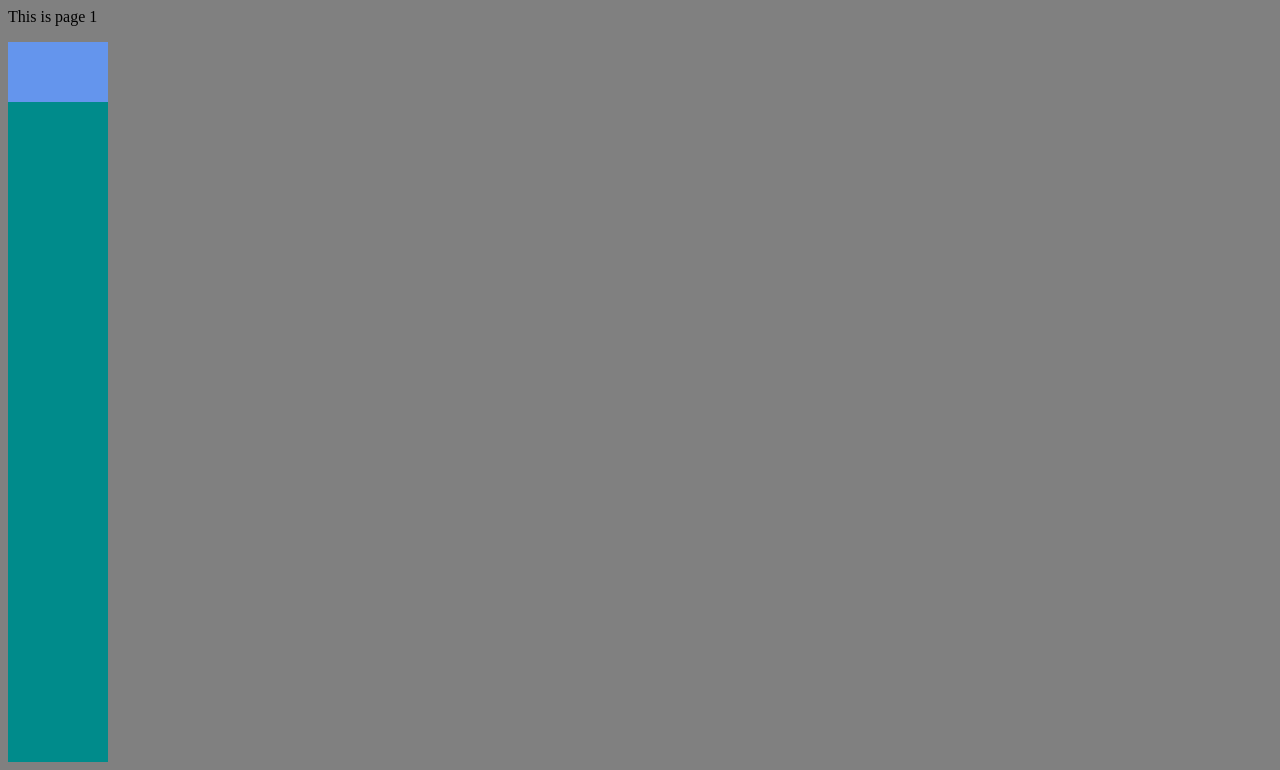
Repository: hanj291/hanj291.github.io
Page: page1.html
The author's editor kept a record of every edit. The page is drawn from the files as they stood at one moment, then again after the next edit.
The browser window is 1280 px wide. The pictures show the whole page.

Above is the page before.

After the next edit:
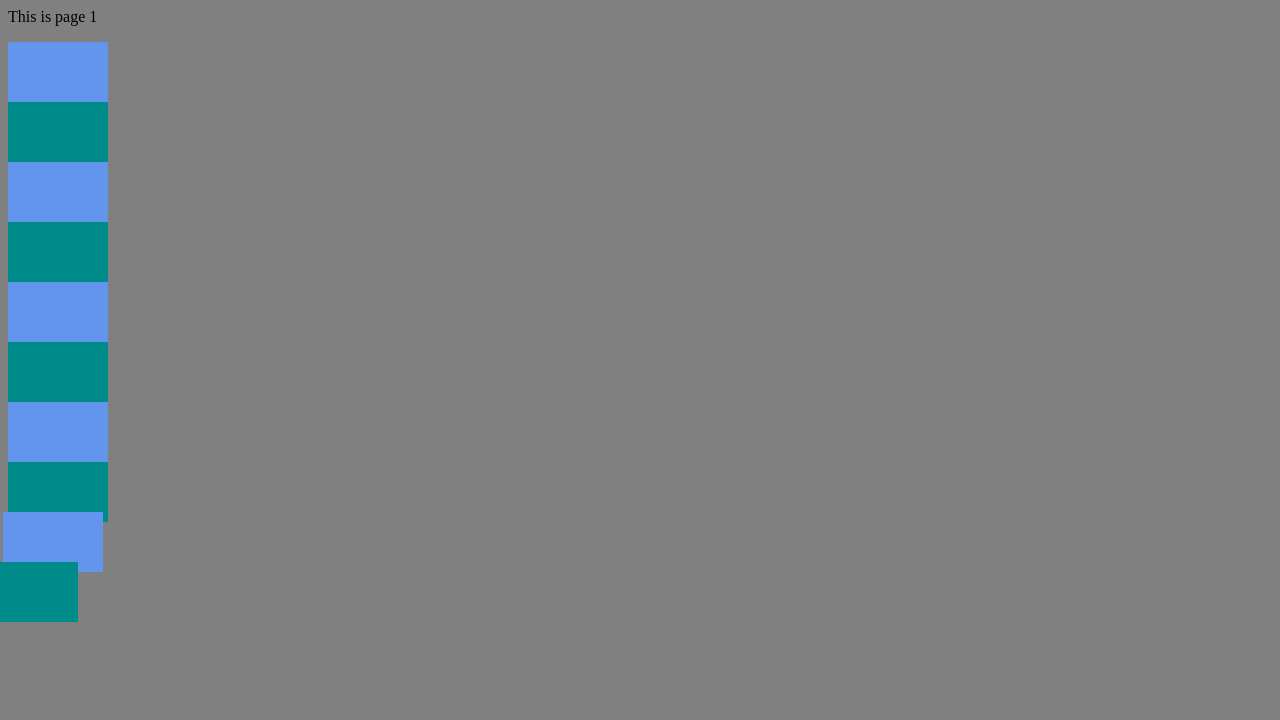
The edit:
--- a/page1.html
+++ b/page1.html
@@ -7,16 +7,16 @@
 	<p>This is page 1</p>
 	<div class="one"></div>
 	<div class="two"></div>
-	<div class="two"></div>
-	<div class="two"></div>
-	<div class="two"></div>
-	<div class="two"></div>
-	<div class="two"></div>
-	<div class="two"></div>
-	<div class="two"></div>
-	<div class="two"></div>
-	<div class="two"></div>
-	<div class="two"></div>
+	<div class="three"></div>
+	<div class="four"></div>
+	<div class="five"></div>
+	<div class="six"></div>
+	<div class="seven"></div>
+	<div class="eight"></div>
+	<div class="ten"></div>
+	<div class="zero"></div>
+	<div class="zeroone"></div>
+	<div class="zerotwo"></div>
 
 
 
